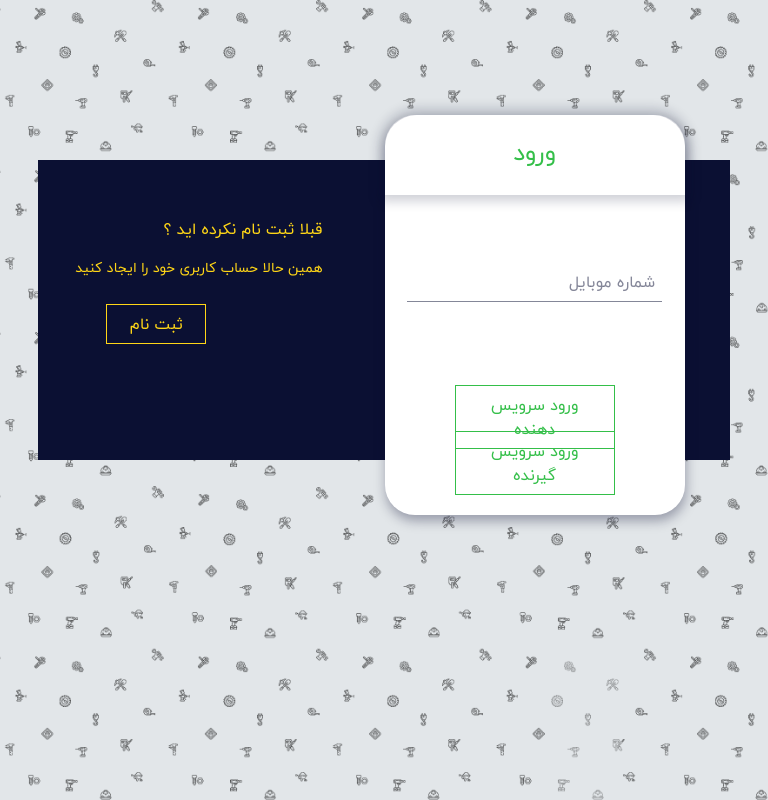
Repository: nightwolf-041/pisheyar-panel-user
Page: /
The author's editor kept a copy of each file at every save. The page is drawn from the files as they stood at one save, then again after the next save.
The browser window is 768 px wide. The pictures show the whole page.
The page's requests for data from a server got no answer. The project was rebuilt for these pictures with package versions that can differ from the ones it lists, and the page was loaded fresh each time. No one was signed in, and anything a server would have sent is missing. Also part of the build but not shown: src/components/login/RegisterBoxSteps.jsx.

Above is the page before, as saved 2020-05-20 11:55:29.

### src/index.css
@font-face {
    font-family: Yekan;
    src: url('./assets/fonts/iran-yekan/iranyekan.woff')
}

*,
* * {
    font-family: Yekan !important;
}

body {
    margin: 0 auto;
    font-family: Yekan !important;
    overflow-x: hidden !important;
    overflow-y: hidden !important;
}

code {
    font-family: source-code-pro, Menlo, Monaco, Consolas, 'Courier New', monospace;
}

### src/App.css
@font-face {
    font-family: Yekan;
    src: url('./assets/fonts/iran-yekan/iranyekan.woff')
}

*,
* * {
    font-family: Yekan !important;
}

.Toastify__toast-body {
    text-align: right !important;
}

.react-code-input input {
    padding: 0 !important;
    text-align: center !important;
    font-size: 1.2rem !important;
}

.lds-dual-ring {
    display: flex;
    justify-content: center;
    align-items: center;
    width: 150px;
    height: 150px;
    position: fixed;
    top: 30%;
    left: calc(50% - 75px);
    transform: translateZ(0);
    -webkit-transform: translateZ(0);
    -ms-transform: translateZ(0);
    -o-transform: translateZ(0);
}

.lds-dual-ring:after {
    content: " ";
    display: block;
    width: 64px;
    height: 64px;
    margin: 8px;
    border-radius: 50%;
    border: 6px solid #fff;
    border-color: #0b1033 transparent #ffd617 transparent;
    animation: lds-dual-ring 1.2s linear infinite;
    -webkit-animation: lds-dual-ring 1.2s linear infinite;
    -moz-animation: lds-dual-ring 1.2s linear infinite;
    -o-animation: lds-dual-ring 1.2s linear infinite;
}

@keyframes lds-dual-ring {
    0% {
        transform: rotate(0deg);
    }
    100% {
        transform: rotate(360deg);
    }
}

@-webkit-keyframes lds-dual-ring {
    0% {
        transform: rotate(0deg);
    }
    100% {
        transform: rotate(360deg);
    }
}

@-moz-keyframes lds-dual-ring {
    0% {
        transform: rotate(0deg);
    }
    100% {
        transform: rotate(360deg);
    }
}

@-o-keyframes lds-dual-ring {
    0% {
        transform: rotate(0deg);
    }
    100% {
        transform: rotate(360deg);
    }
}

### src/components/login/LoginBixSteps.jsx
import React from 'react'
import ReactCodeInput from 'react-code-input'
import classes from './login.module.css'


const LoginBixSteps = (props) => {
    return (
        <div>
            <h4 className={classes.loginRegisterLoginHead}>
                {props.loginStepTwoSwitch ?
                'کد دریافتی را وارد کنید'
                :
                'ورود'
                }
            </h4>

            {props.loginStepTwoSwitch ?

            <div className={classes.loginRegisterLoginForm}>

                <ReactCodeInput type='text' fields={6} onChange={val => props.loginCodeInputChangeHandler(val)} />

                <div className={classes.timerBox}>
                    <span>
                        {props.minutes2}:{props.seconds2 < 10 ? `0${props.seconds2}` : props.seconds2}
                    </span>
                </div>

                <div className={classes.registerStep2Buttonsbox}>
                    <button type="button"
                    onClick={props.loginStep2ClickHandler}
                    disabled={props.registerStep2Status.loading}
                    className={classes.loginStep2Button}>
                    ورود
                    </button>

                    <button type="button"
                    onClick={props.loginStep2BackHandler}
                    disabled={props.registerStep2Status.loading}
                    className={classes.loginStep2BackButton}>
                        بازگشت
                    </button>
                </div>
            </div>
                :

            <div className={classes.loginRegisterLoginForm}>
                <input
                className={!props.loginPhoneNumberValidMsg ?
                    classes.loginRegisterLoginPhoneNumber
                    : classes.loginRegisterLoginPhoneNumberInvalid}
                type="text"
                name="mobile"
                onChange={props.loginPhoneNumberChangeHandler}
                // onBlur={handleBlur}
                value={props.loginPhoneNumberValue}
                placeholder="شماره موبایل"
            />
            {props.loginPhoneNumberValidMsg && (
                    <div className={classes.loginMobileErrorSpan}>{props.loginPhoneNumberValidMsg}</div>
                )
            }
            <button type="button"
                onClick={() => props.handleSellerByerSubmit('959b10a3-b8ed-4a9d-bdf3-17ec9b2ceb15')}
                disabled={props.loginStatus.loading}
                className={classes.loginRegisterLoginButton}>
                {props.loginStatus.loading ?
                'صبور باشید' :
                'ورود سرویس دهنده'}
            </button>
            <button type="button"
                onClick={() => props.handleSellerByerSubmit('91b3cdab-39c1-40fb-b077-a2d6e611f50a')}
                disabled={props.loginStatus.loading}
                className={classes.loginRegisterLoginButtonByer}>
                {props.loginStatus.loading ?
                'صبور باشید' :
                'ورود سرویس گیرنده'}
            </button>
            </div>
            }
        </div>
    )
}

export default LoginBixSteps

### src/components/login/login.module.css
button:disabled {
    cursor: no-drop !important;
}

button {
    cursor: pointer;
}

::placeholder {
    color: rgba(11, 16, 51, 0.5);
}

.loginKeeper {
    position: relative;
    width: 100%;
    height: 100vh;
    background-color: #1730491f;
    background-image: url('../../assets/images/WideBackgroundFooter.svg');
    background-position: center;
    background-size: cover;
    display: flex;
    justify-content: center;
    align-items: center;
    overflow: hidden;
}

.loginPageMain {
    position: relative;
    width: 100vw;
    height: 100vh;
}

.loginRegisterSwitch {
    position: relative;
    top: 20%;
    width: 60%;
    max-width: 900px;
    display: block;
    margin-right: auto;
    margin-left: auto;
    height: 300px;
    background-color: #0b1033 !important;
    transition: 0.4s all ease;
}

.registerSideBox {
    position: absolute;
    top: 20%;
    left: 0;
    width: 360px;
    opacity: 1;
    transition: 1s opacity ease;
}

.registerSideBoxHidden {
    position: absolute;
    top: 20%;
    left: 0;
    width: 360px;
    opacity: 0;
    transition: 0.6s opacity ease;
}

.registerboxHead {
    text-align: right;
    color: #ffd617;
    padding-bottom: 10px;
}

.registerboxDesc {
    text-align: right;
    color: #ffd617;
}

.registerboxButton {
    position: absolute;
    left: 30%;
    margin-top: 10px;
    width: 100px;
    padding: 7px 15px;
    color: #ffd617;
    background: none;
    outline: none;
    border: 1px solid #ffd617;
    transition: 0.3s all ease;
}

.registerboxButton:before {
    position: absolute;
    top: 0;
    right: 0;
    width: 0;
    height: 100%;
    background-color: #ffd617;
    content: '';
    transition: 0.3s all ease;
}

.registerboxButton:hover {
    color: #0b1033 !important;
    z-index: 1 !important;
}

.registerboxButton:hover:before {
    width: 100%;
    z-index: -1;
}

.loginSideBox {
    position: absolute;
    top: 20%;
    right: 10%;
    width: 360px;
    opacity: 1;
    transition: 0.6s opacity ease;
}

.loginSideBoxHidden {
    position: absolute;
    top: 20%;
    right: 10%;
    width: 360px;
    opacity: 0;
    transition: 0.6s opacity ease;
}

.loginboxHead {
    text-align: right;
    color: #ffd617;
    padding-bottom: 10px;
}

.loginboxDesc {
    text-align: right;
    color: #ffd617;
}

.loginboxButton {
    position: absolute;
    right: 5%;
    width: 100px;
    margin-top: 10px;
    padding: 7px 15px;
    color: #ffd617;
    background: none;
    outline: none;
    border: 1px solid #ffd617;
    transition: 0.3s all ease;
}

.loginboxButton:before {
    position: absolute;
    top: 0;
    left: 0;
    width: 0;
    height: 100%;
    background-color: #ffd617;
    content: '';
    transition: 0.3s all ease;
}

.loginboxButton:hover {
    color: #0b1033 !important;
    z-index: 1 !important;
}

.loginboxButton:hover:before {
    width: 100%;
    z-index: -1;
}

.loginRegisterLoginBox {
    transition: 0.5s all ease;
    position: absolute;
    top: -15%;
    right: 45px;
    width: 350px;
    height: 420px;
    background-color: #fff;
    border-radius: 30px;
    box-shadow: 1px 6px 12px #0b103357;
}

.loginRegisterLoginHead {
    position: absolute;
    top: 0;
    width: 100%;
    height: 5rem;
    padding-top: 1.5rem;
    box-shadow: 0 0 12px 6px rgba(11, 16, 51, 0.2);
    display: flex;
    justify-content: center;
    border-top-left-radius: 2rem;
    border-top-right-radius: 2rem;
    color: #34bf49;
}

.loginRegisterLoginForm {
    position: absolute;
    top: 30%;
    width: 100%;
    height: 115px;
    display: flex;
    flex-direction: column;
    justify-content: center;
    align-content: center;
    align-items: center;
}

.loginRegisterLoginPhoneNumber,
.loginRegisterLoginPhoneNumberInvalid {
    width: 85%;
    padding: 7px 7px;
    margin-bottom: 20px;
    border: none;
    outline: none;
    direction: rtl;
}

.loginRegisterLoginPhoneNumber {
    border-bottom: 1px solid rgba(11, 16, 51, 0.5);
}

.loginRegisterLoginPhoneNumberInvalid {
    border-bottom: 1px solid #e57373;
}

.loginRegisterLoginPhoneNumber:focus::placeholder,
.loginRegisterLoginPhoneNumberInvalid:focus::placeholder {
    visibility: hidden;
}

.loginMobileErrorSpan {
    margin-top: -12px;
    padding-right: 15px;
    font-size: 13px;
    color: #f44336;
    width: 94%;
    display: flex;
    justify-content: flex-end;
}

.loginRegisterLoginButton {
    position: absolute;
    top: 185%;
    right: calc(50% - 90px);
    padding: 7px 15px;
    width: 180px;
    background: none;
    outline: none;
    color: #34bf49;
    border: 1px solid #34bf49;
}

.loginRegisterLoginButtonByer {
    position: absolute;
    top: 145%;
    left: calc(50% - 90px);
    padding: 7px 15px;
    width: 180px;
    background: none;
    outline: none;
    color: #34bf49;
    border: 1px solid #34bf49;
}

.loginRegisterLoginButtonByer::before,
.loginRegisterLoginButton::before {
    position: absolute;
    top: 0;
    left: 0;
    width: 100%;
    height: 0;
    background-color: #34bf49;
    content: '';
    transition: 0.3s all ease;
}

.loginRegisterLoginButtonByer:hover,
.loginRegisterLoginButton:hover {
    color: #fff !important;
    z-index: 1 !important;
}

.loginRegisterLoginButtonByer:hover::before,
.loginRegisterLoginButton:hover::before {
    height: 100%;
    z-index: -1;
}

.loginRegisterRegisterBox {
    transition: 0.5s all ease;
    position: absolute;
    top: -30%;
    right: calc(100% - 400px);
    width: 350px;
    height: 530px;
    background-color: #fff;
    border-radius: 30px;
    box-shadow: 1px 6px 12px #0b103357;
    margin-bottom: 1rem;
    margin-top: 1rem;
}

.loginRegisterRegisterBoxMinHeight {
    transition: 0.5s all ease;
    position: absolute;
    top: -15%;
    right: calc(100% - 400px);
    width: 350px;
    height: 420px;
    background-color: #fff;
    border-radius: 30px;
    box-shadow: 1px 6px 12px #0b103357;
    margin-bottom: 1rem;
    margin-top: 1rem;
}

.loginRegisterRegisterHead {
    position: absolute;
    top: 0;
    width: 100%;
    height: 5rem;
    padding-top: 2rem;
    box-shadow: 0 1px 12px 6px rgba(3, 3, 5, 0.2);
    display: flex;
    justify-content: center;
    border-top-left-radius: 2rem;
    border-top-right-radius: 2rem;
    color: #34bf49;
}

.loginRegisterRegisterForm {
    position: absolute;
    top: 25%;
    width: 100%;
    height: 280px;
    display: flex;
    flex-direction: column;
    justify-content: center;
    align-content: center;
    align-items: center;
}

.loginRegisterRegisterName,
.loginRegisterRegisterNameInvalid {
    width: 85%;
    padding: 7px 7px;
    margin-bottom: 20px;
    color: rgba(11, 16, 51, 0.95);
    border: none;
    outline: none;
    direction: rtl;
}

.loginRegisterRegisterName {
    border-bottom: 1px solid rgba(11, 16, 51, 0.5);
}

.loginRegisterRegisterNameInvalid {
    border-bottom: 1px solid #e57373;
}

.loginRegisterRegisterName:focus::placeholder,
.loginRegisterRegisterNameInvalid:focus::placeholder {
    visibility: hidden;
}

.registerNameErrorSpan {
    margin-top: -13px;
    padding-right: 15px;
    font-size: 12px;
    color: #f44336;
    width: 94%;
    display: flex;
    justify-content: flex-end;
}

.loginRegisterRegisterFamily,
.loginRegisterRegisterFamilyInvalid {
    width: 85%;
    padding: 7px 7px;
    margin-bottom: 20px;
    color: rgba(11, 16, 51, 0.95);
    border: none;
    outline: none;
    direction: rtl;
}

.loginRegisterRegisterFamily {
    border-bottom: 1px solid rgba(11, 16, 51, 0.5);
}

.loginRegisterRegisterFamilyInvalid {
    border-bottom: 1px solid #e57373;
}

.loginRegisterRegisterFamily:focus::placeholder,
.loginRegisterRegisterFamilyInvalid:focus::placeholder {
    visibility: hidden;
}

.registerFamilyErrorSpan {
    margin-top: -13px;
    padding-right: 15px;
    font-size: 12px;
    color: #f44336;
    width: 94%;
    display: flex;
    justify-content: flex-end;
}

.registerCityErrorSpan {
    margin-top: -13px;
    padding-right: 15px;
    font-size: 12px;
    color: #f44336;
    width: 94%;
    display: flex;
    justify-content: flex-end;
}

.loginRegisterRegisterSelectsbox {
    width: 85%;
    display: flex;
    flex-direction: row-reverse;
    justify-content: space-between;
    align-items: center;
    margin-bottom: 10px;
}

.loginRegisterRegisterSelectContry,
.loginRegisterRegisterSelectCity {
    height: 2.1rem;
    display: flex;
    justify-content: center;
    align-items: center;
    direction: rtl;
    width: 45%;
    background: none;
    border-bottom: 1px solid rgba(11, 16, 51, 0.5);
    outline: none;
    padding: 0.4rem 0.7rem;
    margin-top: 0.5rem;
    margin-bottom: 0.5rem;
    color: rgba(11, 16, 51, 0.95);
}

.loginRegisterRegisterSelectContryInvalid,
.loginRegisterRegisterSelectCityInvalid {
    height: 2.1rem;
    display: flex;
    justify-content: center;
    align-items: center;
    direction: rtl;
    width: 45%;
    background: none;
    border-bottom: 1px solid #e57373;
    outline: none;
    padding: 0.4rem 0.7rem;
    margin-top: 0.5rem;
    margin-bottom: 0.5rem;
    color: rgba(11, 16, 51, 0.95);
}

.loginRegisterRegisterSelectGender {
    height: 2.1rem;
    display: flex;
    justify-content: center;
    align-items: center;
    direction: rtl;
    width: 85%;
    background: none;
    border-bottom: 1px solid rgba(11, 16, 51, 0.5);
    outline: none;
    padding: 0.4rem 0.7rem;
    margin-top: 0.5rem;
    margin-bottom: 0.5rem;
    color: rgba(11, 16, 51, 0.95);
    margin-bottom: 20px;
}

.loginRegisterRegisterPhoneNumber,
.loginRegisterRegisterPhoneNumberInvalid {
    width: 85%;
    padding: 7px 7px;
    margin-bottom: 20px;
    color: rgba(11, 16, 51, 0.95);
    border: none;
    outline: none;
    direction: rtl;
}

.loginRegisterRegisterPhoneNumber {
    border-bottom: 1px solid rgba(11, 16, 51, 0.5);
}

.loginRegisterRegisterPhoneNumberInvalid {
    border-bottom: 1px solid #e57373;
}

.loginRegisterRegisterPhoneNumber:focus::placeholder,
.loginRegisterRegisterPhoneNumberInvalid:focus::placeholder {
    visibility: hidden;
}

.registerPhoneNumberErrorSpan {
    margin-top: -13px;
    padding-right: 15px;
    font-size: 12px;
    color: #f44336;
    width: 94%;
    display: flex;
    justify-content: flex-end;
}

.registerStep2CodeInput,
.registerStep2CodeInputInvalid {
    width: 85%;
    padding: 7px 7px;
    margin-bottom: 20px;
    border: none;
    outline: none;
    direction: rtl;
}

.registerStep2CodeInput {
    border-bottom: 1px solid rgba(11, 16, 51, 0.5);
}

.registerStep2CodeInputInvalid {
    border-bottom: 1px solid #e57373;
}

.registerStep2CodeInput:focus::placeholder,
.registerStep2CodeInputInvalid:focus::placeholder {
    visibility: hidden;
}

.registerStep2CodeErrorSpan {
    margin-top: -13px;
    padding-right: 15px;
    font-size: 14px;
    color: #f44336;
    width: 94%;
    display: flex;
    justify-content: flex-end;
}

.loginRegisterRegisterButton {
    position: absolute;
    top: 115%;
    right: calc(50% - 90px);
    padding: 7px 15px;
    width: 180px;
    background: none;
    outline: none;
    color: #34bf49;
    border: 1px solid #34bf49;
}

.loginRegisterRegisterButton:before {
    position: absolute;
    bottom: 0;
    left: 0;
    width: 100%;
    height: 0;
    background-color: #34bf49;
    content: '';
    transition: 0.3s all ease;
}

.loginRegisterRegisterButton:hover {
    color: #fff !important;
    z-index: 1 !important;
}

.loginRegisterRegisterButton:hover:before {
    height: 100%;
    z-index: -1;
}


/* step2 btns */

.registerStep2Buttonsbox {
    position: absolute;
    top: 170%;
    right: 0;
    width: 100%;
    display: flex;
    flex-direction: row-reverse;
    justify-content: space-around;
    align-items: center;
}

.registerStep2Button {
    position: relative;
    padding: 7px 10px;
    width: 100px;
    background: none;
    outline: none;
    color: #34bf49;
    border: 1px solid #34bf49;
}

.registerStep2Button:before {
    position: absolute;
    bottom: 0;
    left: 0;
    width: 100%;
    height: 0;
    background-color: #34bf49;
    content: '';
    transition: 0.3s all ease;
}

.registerStep2Button:hover {
    color: #fff !important;
    z-index: 1 !important;
}

.registerStep2Button:hover:before {
    height: 100%;
    z-index: -1;
}

.registerStep2BackButton {
    position: relative;
    padding: 7px 10px;
    width: 100px;
    background: none;
    outline: none;
    color: #f44336;
    border: 1px solid #f44336;
}

.registerStep2BackButton:before {
    position: absolute;
    bottom: 0;
    left: 0;
    width: 100%;
    height: 0;
    background-color: #f44336;
    content: '';
    transition: 0.3s all ease;
}

.registerStep2BackButton:hover {
    color: #fff !important;
    z-index: 1 !important;
}

.registerStep2BackButton:hover:before {
    height: 100%;
    z-index: -1;
}


/* login step2 btns  */

.loginStep2Button {
    position: relative;
    padding: 7px 10px;
    width: 100px;
    background: none;
    outline: none;
    color: #34bf49;
    border: 1px solid #34bf49;
}

.loginStep2Button:before {
    position: absolute;
    top: 0;
    left: 0;
    width: 100%;
    height: 0;
    background-color: #34bf49;
    content: '';
    transition: 0.3s all ease;
}

.loginStep2Button:hover {
    color: #fff !important;
    z-index: 1 !important;
}

.loginStep2Button:hover:before {
    height: 100%;
    z-index: -1;
}

.loginStep2BackButton {
    position: relative;
    padding: 7px 10px;
    width: 100px;
    background: none;
    outline: none;
    color: #f44336;
    border: 1px solid #f44336;
}

.loginStep2BackButton:before {
    position: absolute;
    top: 0;
    left: 0;
    width: 100%;
    height: 0;
    background-color: #f44336;
    content: '';
    transition: 0.3s all ease;
}

.loginStep2BackButton:hover {
    color: #fff !important;
    z-index: 1 !important;
}

.loginStep2BackButton:hover:before {
    height: 100%;
    z-index: -1;
}

.registerAlerts {
    position: absolute;
    top: -40%;
    left: 0;
    width: 100%;
    height: 0;
    text-align: center;
    z-index: 15;
}

.registerAlerts p,
.registerAlerts h4 {
    color: #fff;
    font-size: 18px;
    padding-bottom: 15px;
    text-align: center;
}

.registerAlerts span {
    color: #fff;
    font-size: 17px;
    padding-bottom: 15px;
    text-align: center;
}

.loginAlerts {
    position: absolute;
    top: -40%;
    left: 0;
    width: 100%;
    height: 0;
    text-align: center;
    z-index: 15;
}

.loginAlerts p,
.loginAlerts h4 {
    color: #fff;
    font-size: 18px;
    padding-bottom: 15px;
    text-align: center;
}

.loginAlerts span {
    color: #fff;
    font-size: 17px;
    padding-bottom: 15px;
    text-align: center;
}

.loginShowHidePasswordIcon {
    width: 27px;
    height: 27px;
    position: absolute;
    top: 60%;
    right: 10%;
}

.registerShowHidePasswordIcon {
    width: 27px;
    height: 27px;
    position: absolute;
    top: 53%;
    right: 10%;
}

.registerShowHideRepasswordIcon {
    width: 27px;
    height: 27px;
    position: absolute;
    bottom: 9%;
    right: 10%;
}

.registerShowHideRepasswordIconInvalid {
    width: 27px;
    height: 27px;
    position: absolute;
    bottom: 5%;
    right: 10%;
}

.timerBox {
    margin-bottom: -50px;
    margin-top: 20px;
    color: #f44336;
}

@media screen and (max-width: 1330px) {
    .registerSideBox {
        left: -6%;
    }
    .registerSideBoxHidden {
        left: -6%;
    }
    .loginSideBox {
        right: 4%;
    }
    .loginSideBoxHidden {
        right: 4%;
    }
}

@media screen and (max-width: 1220px) {
    .loginRegisterSwitch {
        width: 70%;
    }
}

@media screen and (max-width: 1060px) {
    .loginRegisterSwitch {
        width: 80%;
    }
}

@media screen and (max-width: 930px) {
    .loginRegisterSwitch {
        width: 90%;
    }
}

@media screen and (max-width: 850px) {
    .registerSideBox {
        left: -11%;
    }
    .registerSideBoxHidden {
        left: -11%;
    }
    .registerboxHead {
        font-size: 16px;
    }
    .registerboxDesc {
        font-size: 14px;
    }
    .registerboxButton {
        left: 40%;
    }
    .loginboxHead {
        font-size: 16px;
    }
    .loginboxDesc {
        font-size: 14px;
    }
}

@media screen and (max-width: 780px) {
    .loginRegisterRegisterBox {
        right: calc(100% - 350px);
        width: 300px;
        height: 530px;
    }
    .loginRegisterRegisterBoxMinHeight {
        right: calc(100% - 350px);
        width: 300px;
        height: 420px;
    }
    .loginRegisterLoginBox {
        width: 300px;
        height: 400px;
    }
    .loginRegisterLoginButton {
        width: 160px;
        left: calc(50% - 80px);
        top: 130%;
    }
    .loginRegisterLoginButtonByer {
        width: 160px;
        left: calc(50% - 80px);
        top: 170%;
    }
}

@media screen and (max-width: 730px) {
    .loginPageMain {
        height: 120vh;
    }
    .loginRegisterSwitch {
        width: 350px;
        top: 20%;
        height: 500px;
        /* margin-bottom: 20rem; */
    }
    .loginRegisterLoginBox {
        top: -20%;
        right: 25px;
    }
    .loginRegisterRegisterBox {
        right: 25px;
        top: 40%;
    }
    .loginRegisterRegisterBoxMinHeight {
        right: 25px;
        top: 40%;
    }
    .loginSideBox {
        width: 100%;
        top: 10%;
        left: 0;
        display: flex;
        flex-direction: column;
        align-items: center;
        right: 0;
    }
    .loginSideBoxHidden {
        width: 100%;
        top: 10%;
        left: 0;
        display: flex;
        flex-direction: column;
        align-items: center;
        right: 0;
    }
    .loginboxButton {
        left: calc(50% - 50px);
        width: 100px;
        margin-top: 5rem;
    }
    .registerSideBox {
        width: 100%;
        top: 67%;
        left: 0;
        display: flex;
        flex-direction: column;
        align-items: center;
        right: 0;
    }
    .registerSideBoxHidden {
        width: 100%;
        top: 67%;
        left: 0;
        display: flex;
        flex-direction: column;
        align-items: center;
        right: 0;
    }
    .registerboxButton {
        left: calc(50% - 50px);
        width: 100px;
        margin-top: 5rem;
    }
}

@media screen and (max-width: 375px) {
    .loginRegisterSwitch {
        width: 300px;
        top: 15%;
        height: 550px;
        margin-bottom: 14rem;
    }
    .loginRegisterRegisterBox {
        right: 48%;
        width: 280px;
        height: 530px;
    }
    .loginRegisterRegisterBoxMinHeight {
        right: 10px;
        width: 280px;
        height: 410px;
    }
    .loginRegisterLoginBox {
        top: -12%;
        width: 280px;
        height: 390px;
        right: 10px;
    }
    .loginRegisterRegisterBox {
        right: 10px;
        top: 40%;
    }
}

@media screen and (max-width: 315px) {
    .loginRegisterSwitch {
        width: 260px;
        top: 10%;
        height: 500px;
    }
    .loginRegisterRegisterBox {
        right: 48%;
        width: 250px;
        height: 530px;
    }
    .loginRegisterRegisterBoxMinHeight {
        right: 48%;
        width: 250px;
        height: 410px;
    }
    .loginRegisterLoginBox {
        width: 250px;
        height: 360px;
    }
    .loginRegisterLoginBox {
        right: 5px;
    }
    .loginRegisterRegisterBox {
        right: 5px;
        top: 40%;
    }
    .registerboxHead {
        font-size: 14px;
    }
    .registerboxDesc {
        font-size: 12px;
    }
    .loginboxHead {
        font-size: 14px;
    }
    .loginboxDesc {
        font-size: 12px;
    }
}

Loaded but not shown: public/index.html (common file); src/serviceWorker.js (common file); src/App.js (45 lines, source omitted); src/index.js (23 lines, source omitted); src/components/login/Login.jsx (746 lines, source omitted)

After the next save:
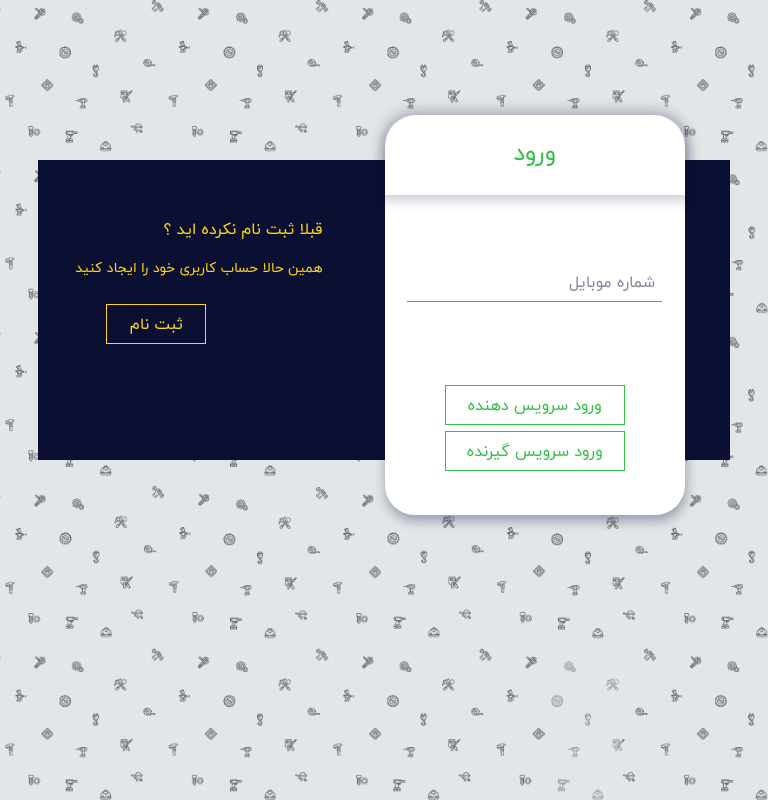
Saved 79 s later.
--- a/src/components/login/login.module.css
+++ b/src/components/login/login.module.css
@@ -882,13 +882,13 @@ button {
         height: 400px;
     }
     .loginRegisterLoginButton {
-        width: 160px;
-        left: calc(50% - 80px);
+        left: calc(50% - 90px);
+        width: 180px;
         top: 130%;
     }
     .loginRegisterLoginButtonByer {
-        width: 160px;
-        left: calc(50% - 80px);
+        left: calc(50% - 90px);
+        width: 180px;
         top: 170%;
     }
 }
